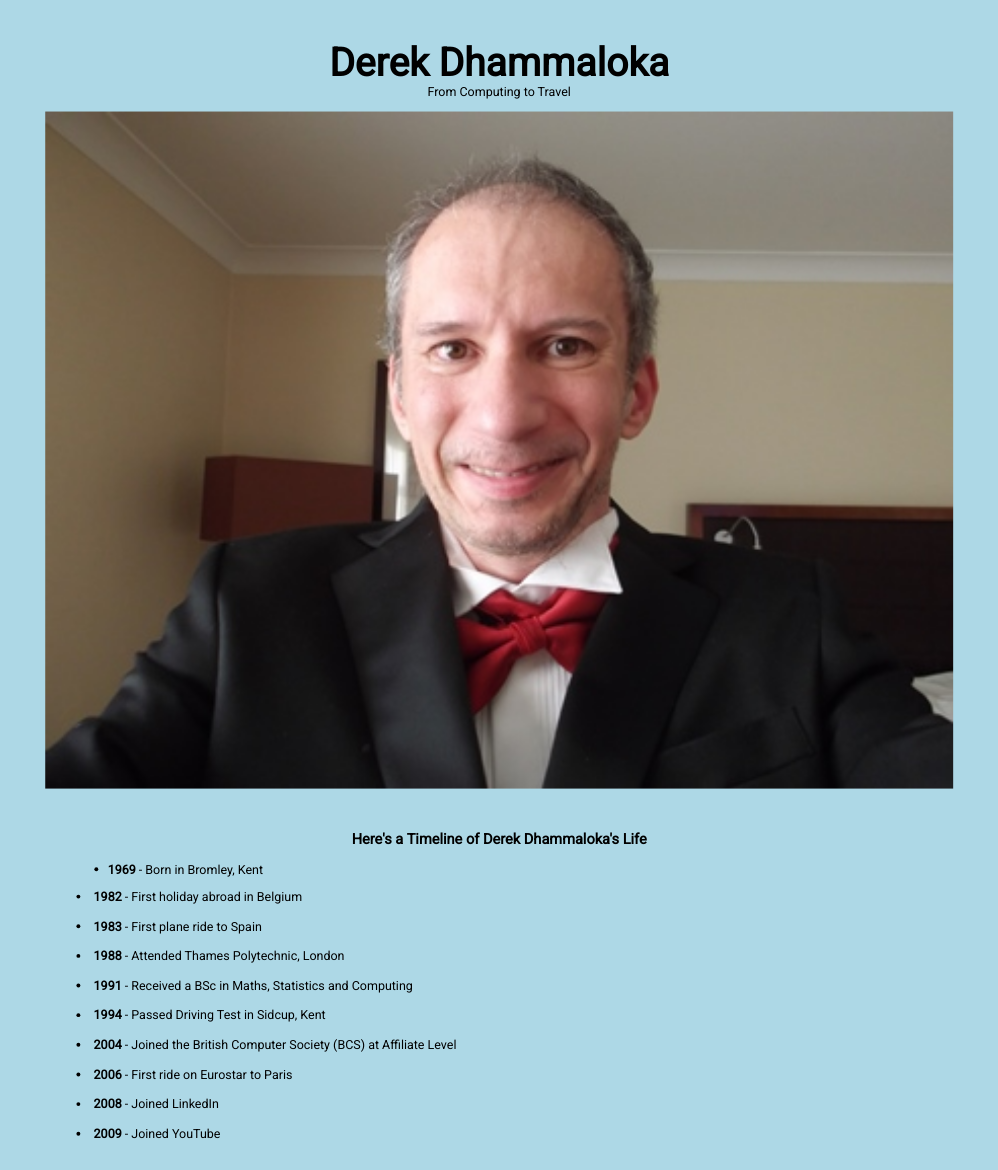
Repository: derektypist/tribute-page
Page: index.html
The author's editor kept a record of every edit. The page is drawn from the files as they stood at one moment, then again after the next edit.
The browser window is 1280 px wide. The pictures show the whole page, at 78% of full size.

Above is the page before.

### index.html
<!DOCTYPE html>
<html lang="en">

<head>
    <meta charset="UTF-8">
    <meta name="viewport" content="width=device-width, initial-scale=1.0">
    <meta http-equiv="X-UA-Compatible" content="ie=edge">
    <title>Derek Dhammaloka Tribute Page</title>
    <!-- Load Style Sheets -->
    <link href="https://fonts.googleapis.com/css?family=Roboto&display=swap" rel="stylesheet">
    <style>
        /* Main Styles */

        #main {
            font-family: "Roboto", Arial, Verdana, sans-serif;
            background-color: lightblue;
            padding: 10px;
            text-align: center;
        }



        /* Title */

        #title {
            font-weight: 700;
            font-size: 50px;
            text-align: center;
        }


        /* Images */

        #img-div {
            position: relative;
            bottom: 35px;
        }

        #image {
            width: 100%;
            display: block;
            height: auto;
        }

        #img-caption {
            position: relative;
            top: 15px;
        }

        /* Tribute Info */

        #tribute-info {

            text-align: left;
            margin-left: 80px;

        }
    </style>
</head>

<body id="main">
    <!-- Set Header Element -->
    <header>
        <h1 id="title">Derek Dhammaloka</h1>
    </header>

    <!-- Set Main Element -->
    <main>

            <!-- Display Image with its Caption -->
            <div id="img-div">
               <p>From Computing to Travel</p>
               <figure>
                   <img src="derek.JPG" id="image" title="At Marriott Hotel Northampton - Easter 2019" alt="At Marriott Hotel Northampton - Easter 2019">
                   <figcaption></figcaption>
               </figure>
            </div>
            <section>
            <h3>Here's a Timeline of Derek Dhammaloka's Life</h3>
            <!-- Display Tribute Information -->
            <article id="tribute-info">
                <ul>
                <li><strong>1969 </strong>- Born in Bromley, Kent</li>
                </ul><li><strong>1982 </strong>- First holiday abroad in Belgium</li>
                <br>
                <li><strong>1983 </strong>- First plane ride to Spain</li>
                <br>
                <li><strong>1988 </strong>- Attended Thames Polytechnic, London</li>
                <br>
                <li><strong>1991 </strong>- Received a BSc in Maths, Statistics and Computing</li>
                <br>
                <li><strong>1994 </strong>- Passed Driving Test in Sidcup, Kent</li>
                <br>
                <li><strong>2004 </strong>- Joined the British Computer Society (BCS) at Affiliate Level</li>
                <br>
                <li><strong>2006 </strong>- First ride on Eurostar to Paris</li>
                <br>
                <li><strong>2008 </strong>- Joined LinkedIn</li>
                <br>
                <li><strong>2009 </strong>- Joined YouTube</li>
                <br>
            </article>
        </section>
    </main>
</body>

</html>

After the next edit:
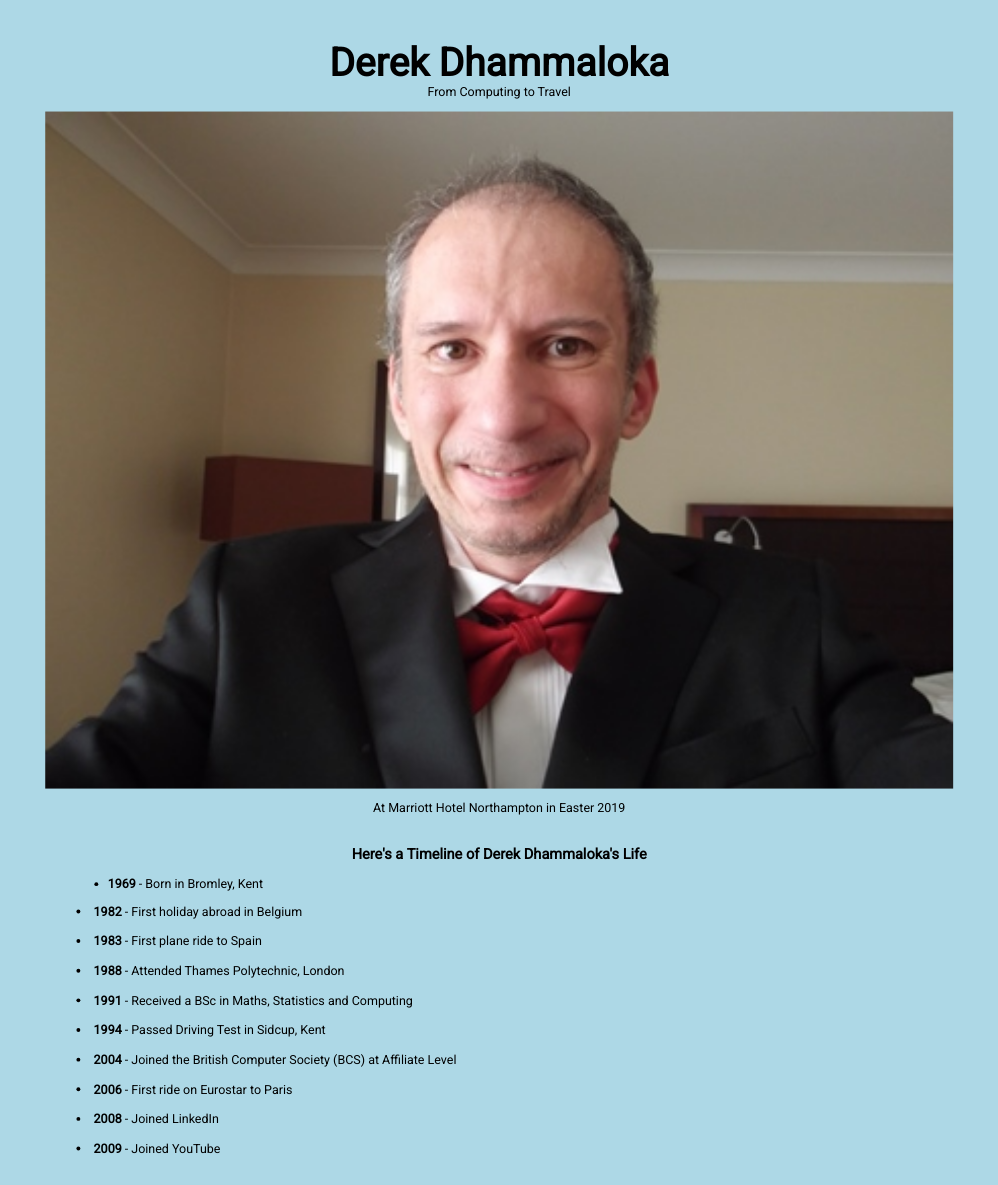
The edit:
--- a/index.html
+++ b/index.html
@@ -72,7 +72,7 @@
                <p>From Computing to Travel</p>
                <figure>
                    <img src="derek.JPG" id="image" title="At Marriott Hotel Northampton - Easter 2019" alt="At Marriott Hotel Northampton - Easter 2019">
-                   <figcaption></figcaption>
+                   <figcaption id="img-caption">At Marriott Hotel Northampton in Easter 2019</figcaption>
                </figure>
             </div>
             <section>
